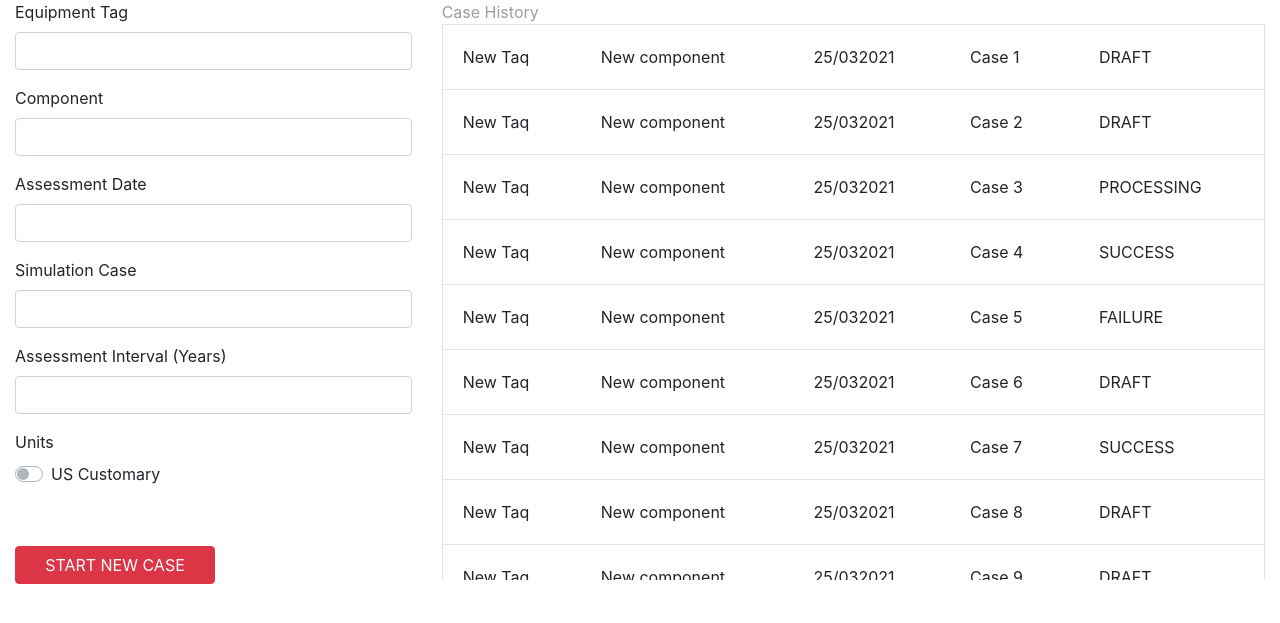
Repository: arif286/dashboard
Page: /
An editor plug-in stored every save of this project. The page is shown before and after the next save, followed by the edit.
The browser window is 1280 px wide. The pictures show the whole page.
An inner scrolling area shows only its first screen. The project was rebuilt for these pictures with package versions that can differ from the ones it lists, and the page was loaded fresh each time. The framework's server and built-in components were replaced by stand-ins that run in the browser. Also part of the build but not shown: nuxt.config.js, components/Nav.vue.

Above is the page before, as saved 2021-06-18 19:15:25.

After the next save:
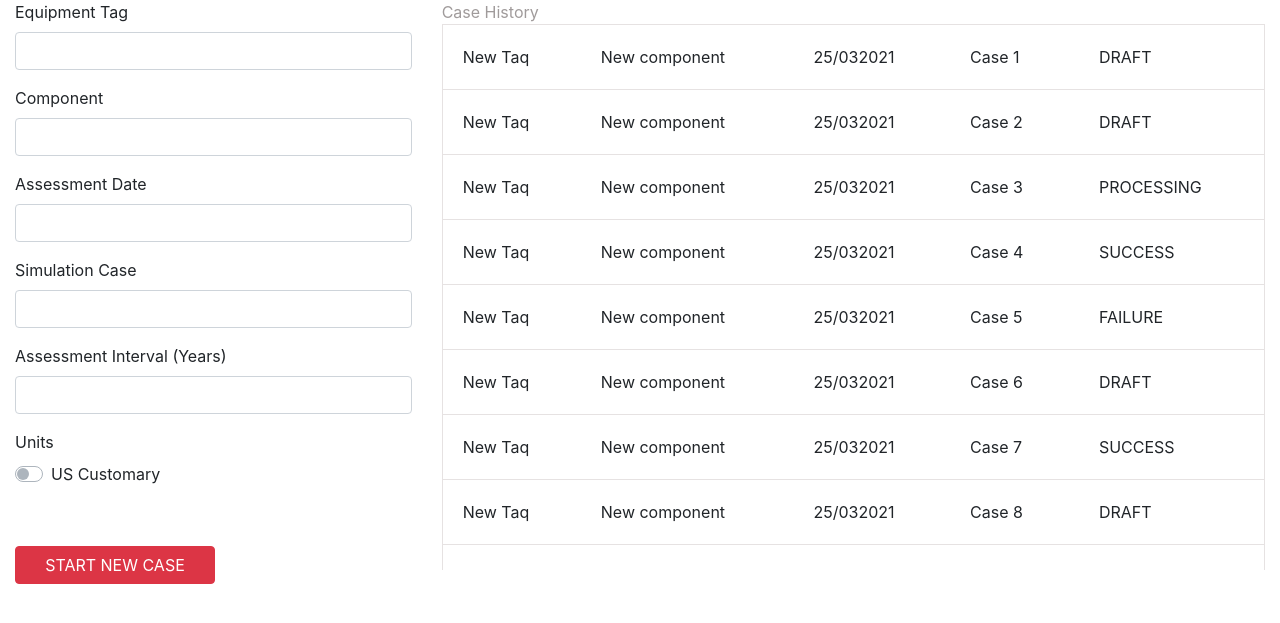
Saved 17 s later.
--- a/components/Table.vue
+++ b/components/Table.vue
@@ -59,7 +59,7 @@ export default {
   color: #a09b9b;
 }
 .table-contain {
-  height: 580px;
+  height: 570px;
   overflow-y: scroll;
 }
 </style>
